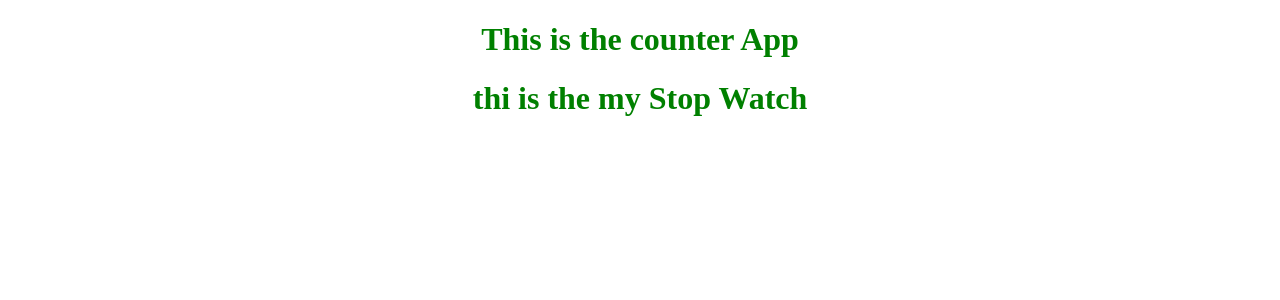
Repository: Gauravyadav678/GcounterApp
Page: / (app in gcounter/)
These files come from the project's save history. The page is drawn as it stood at one moment and after the next save; the edit follows.
The browser window is 1280 px wide. The pictures show the whole page.
The project was rebuilt for these pictures with package versions that can differ from the ones it lists, and the page was loaded fresh each time. Also part of the build but not shown: gcounter/src/index.css, gcounter/src/components/typing.js, gcounter/src/counter.js.

Above is the page before, as saved 2024-10-23 16:01:27.

After the next save:
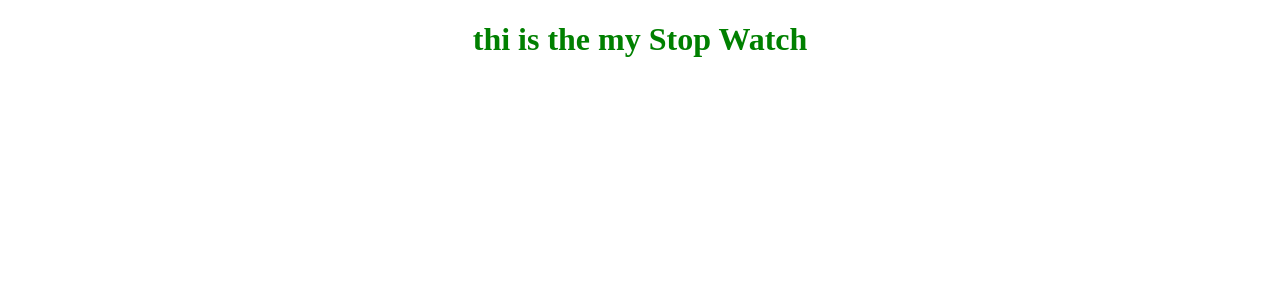
Saved 3 min 2 s later.
--- a/gcounter/src/App.js
+++ b/gcounter/src/App.js
@@ -9,7 +9,7 @@ function App() {
   return (
     <div className="App">
       <>
-      <h1>This is the counter App</h1>
+      {/* <h1>This is the counter App</h1> */}
       {/* <CounterApp/>
       <TypingWithG/> */}
       <StopWatch/>
